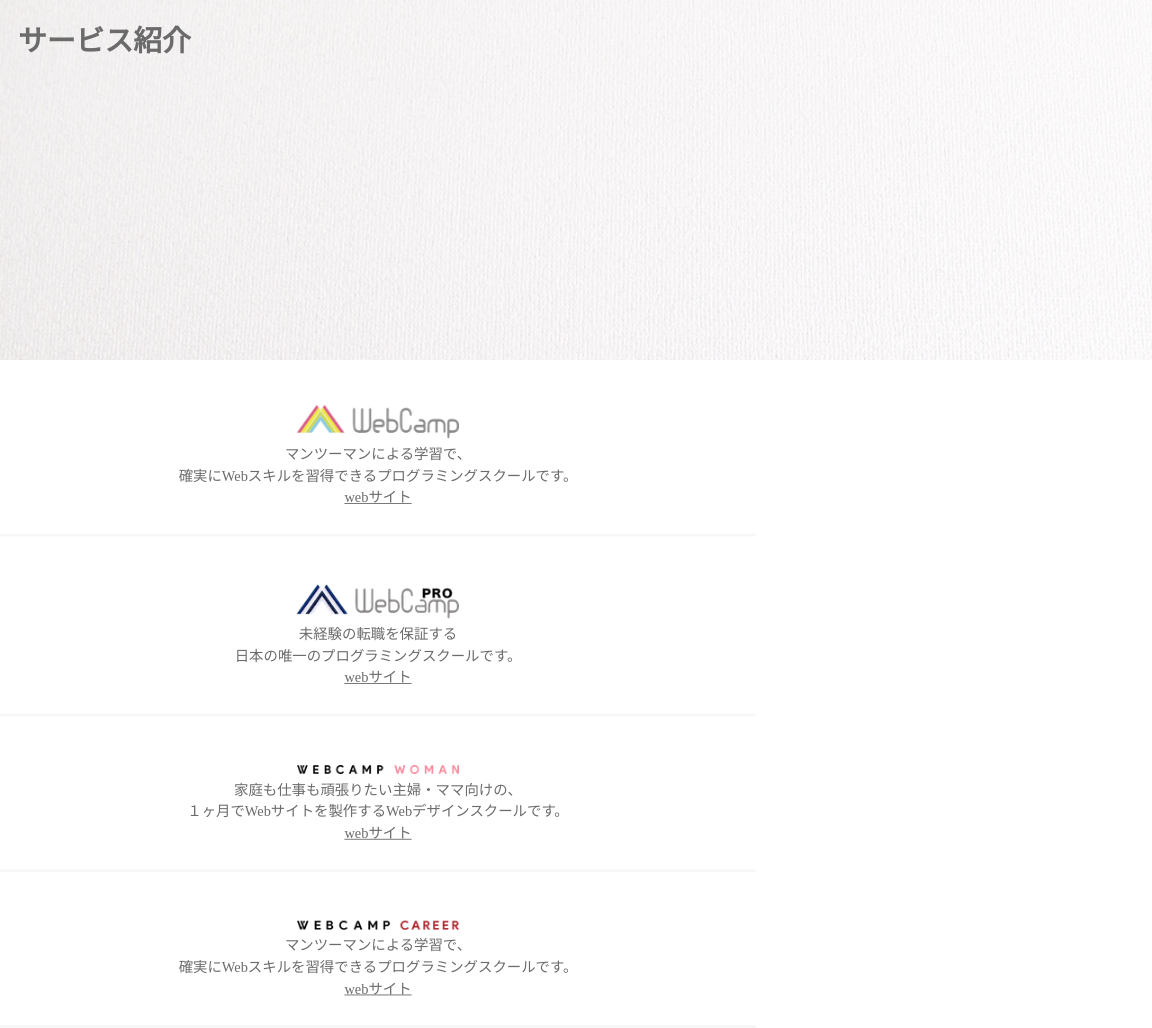
Repository: kiruha313/DWC
Page: exersise7/index.html
The author's editor kept a record of every edit. The page is drawn from the files as they stood at one moment, then again after the next edit.
The browser window is 1280 px wide. The pictures show the whole page, at 90% of full size.

Above is the page before.

### exersise7/index.html
<!DOCTYPE html>
<html lang="ja">
  <head>
    <meta charset="UTF-8" />
    <link rel="stylesheet" href="style.css" />
    <title>7</title>
  </head>

  <header>
    <div class="header-item">
      <h1 class="header-text">サービス紹介</h1>
    </div>
  </header>

  <main>
    <section class="school">
      <div class="school-item">
        <img class="school-image" src="img/wc-logo.png">
        <section class="school-text">
          <div class="school-text-heading">
            マンツーマンによる学習で、</br>
            確実にWebスキルを習得できるプログラミングスクールです。
          </div>
          <a class="link" href="">webサイト</a>
        </section>
      </div>
    </section>

        <section class="school">
      <div class="school-item">
        <img class="school-image" src="img/wcp-logo.png">
        <section class="school-text">
          <div class="school-text-heading">
            未経験の転職を保証する</br>
            日本の唯一のプログラミングスクールです。
          </div>
          <a class="link" href="">webサイト</a>
        </section>
      </div>
    </section>

        <section class="school">
      <div class="school-item">
        <img class="school-image" src="img/wcw-logo.png">
        <section class="school-text">
          <div class="school-text-heading">
            家庭も仕事も頑張りたい主婦・ママ向けの、</br>
            １ヶ月でWebサイトを製作するWebデザインスクールです。
          </div>
          <a class="link" href="">webサイト</a>
        </section>
      </div>
    </section>

        <section class="school">
      <div class="school-item">
        <img class="school-image" src="img/wcc-logo.png">
        <section class="school-text">
          <div class="school-text-heading">
            マンツーマンによる学習で、</br>
            確実にWebスキルを習得できるプログラミングスクールです。
          </div>
          <a class="link" href="">webサイト</a>
        </section>
      </div>
    </section>
  </main>

</html>

### exersise7/style.css
* {
  margin: 0;
  padding: 0;
  box-sizing: border-box;
  color: #6c6b6b;
}

.header-text {
  padding: 20px;
}

.header-item {
  background-image: url(img/mv.jpg);
  width: 100%;
  height: 400px;

}

main {
  width: 840px;

}

.school {
  padding: 50px 0 30px 0;
  border-bottom: solid #f7f7f7;
  text-align: center;
  margin: 0 auto;
}

.school-item {

}

.school-image {

}

After the next edit:
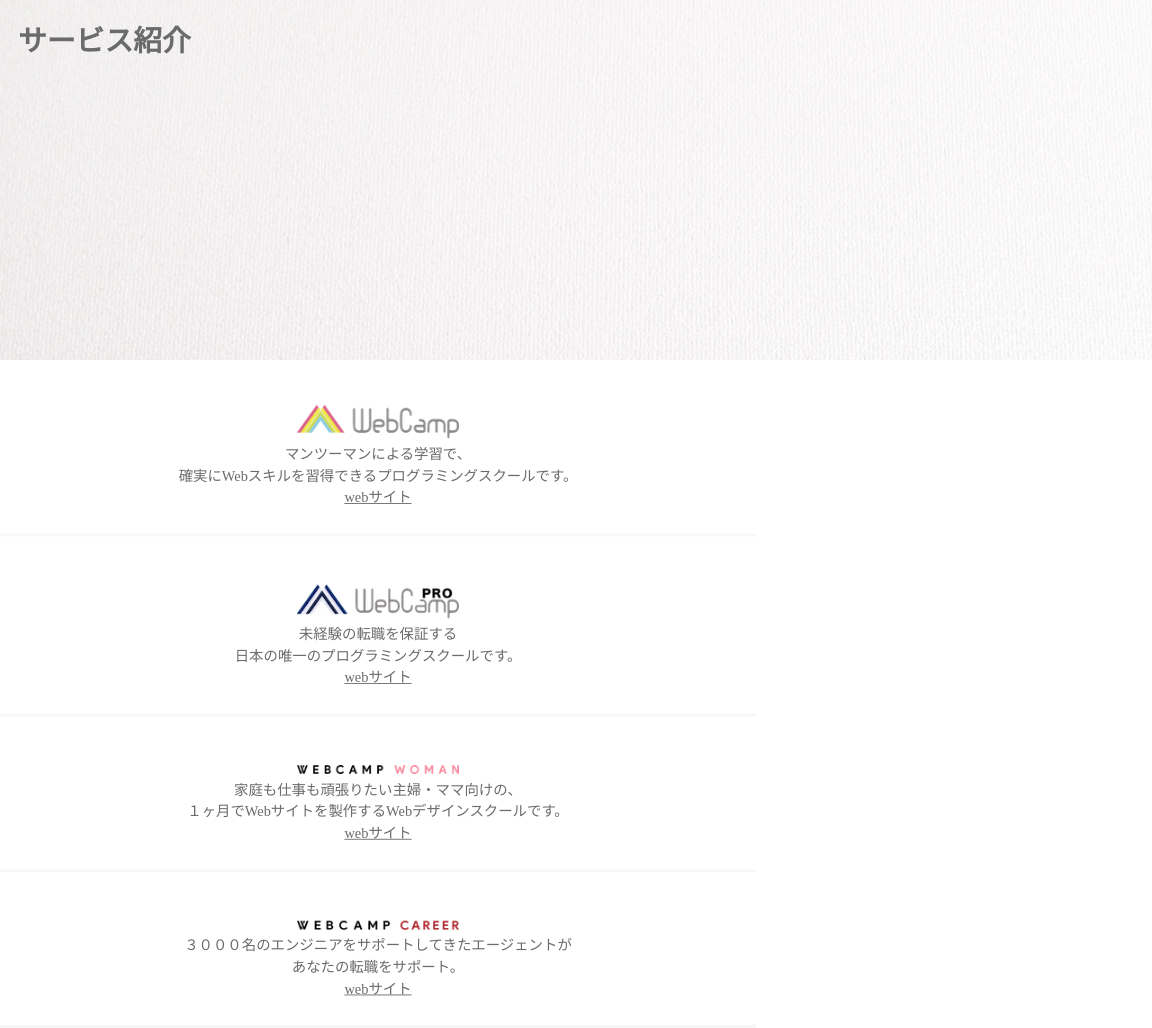
The edit:
--- a/exersise7/index.html
+++ b/exersise7/index.html
@@ -57,8 +57,8 @@
         <img class="school-image" src="img/wcc-logo.png">
         <section class="school-text">
           <div class="school-text-heading">
-            マンツーマンによる学習で、</br>
-            確実にWebスキルを習得できるプログラミングスクールです。
+            ３０００名のエンジニアをサポートしてきたエージェントが</br>
+            あなたの転職をサポート。
           </div>
           <a class="link" href="">webサイト</a>
         </section>
